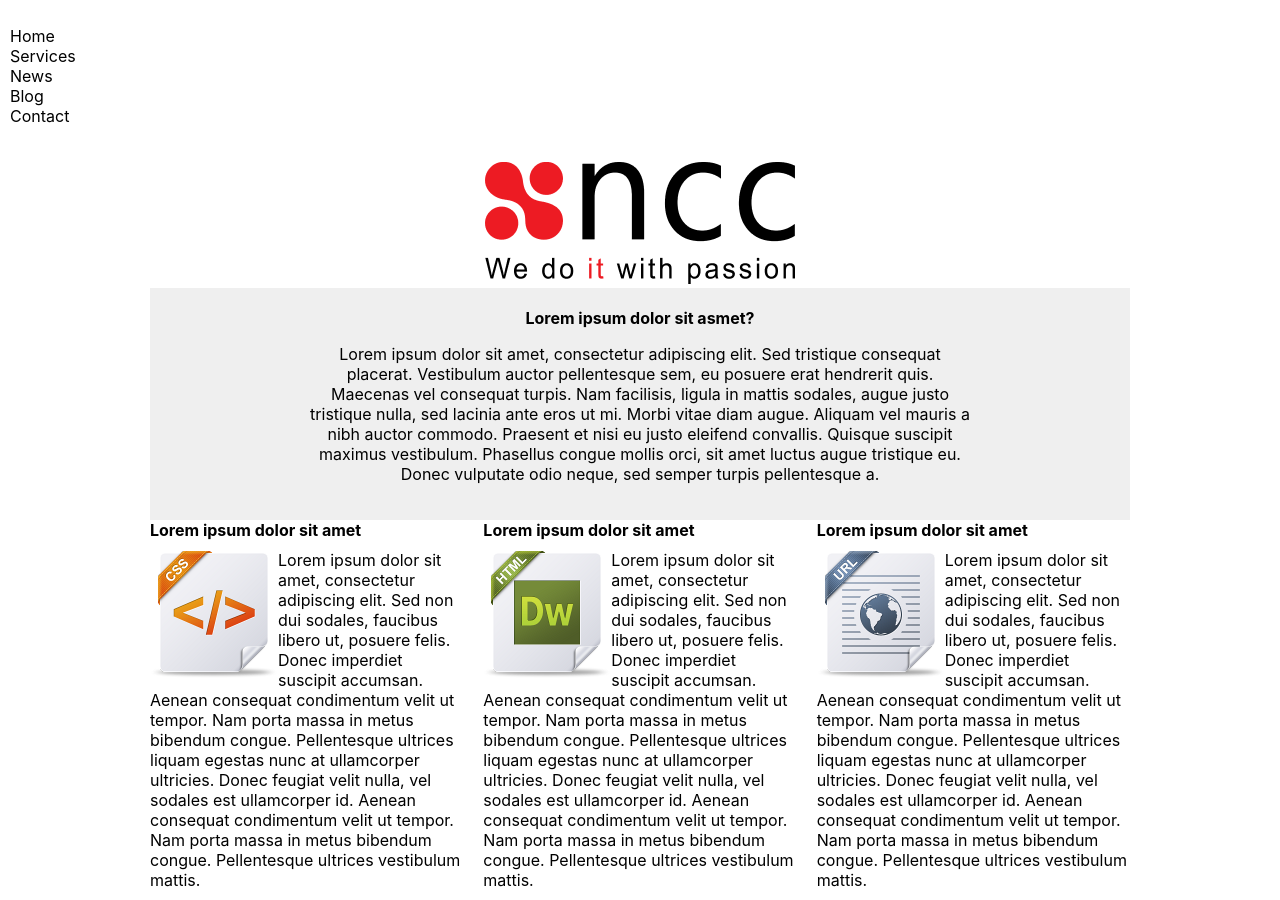
Repository: nganha241/testt
Page: /
The author's editor kept a copy of each file at every save. The page is drawn from the files as they stood at one save, then again after the next save.
The browser window is 1280 px wide. The pictures show the whole page.
The project was rebuilt for these pictures with package versions that can differ from the ones it lists, and the page was loaded fresh each time.

Above is the page before, as saved 2023-02-28 11:28:53.

### src/App.js
import React from "react";
import Home from "./pages/Home";
import Navbar from "./pages/Navbar/Navbar";

export const App = () => {
  return (
    <div>
      <Navbar />
      <Home />
    </div>
  );
};

export default App;

### src/pages/Home.jsx
import logo from "./logoNCC.png";
import "./home.css";
import Card from "./home-card/Card";
import htmlic from "./html-icon.png";
import urlic from "./url-icon.png";
import cssic from "./css-icon.png";
const Home = () => {
  return (
    <section className="home">
      <div className="home-title">
        <img src={logo} alt="" />
      </div>
      <div className="home-content">
        <div className="content-title">Lorem ipsum dolor sit asmet?</div>
        <p>
          Lorem ipsum dolor sit amet, consectetur adipiscing elit. Sed tristique
          consequat placerat. Vestibulum auctor pellentesque sem, eu posuere
          erat hendrerit quis. Maecenas vel consequat turpis. Nam facilisis,
          ligula in mattis sodales, augue justo tristique nulla, sed lacinia
          ante eros ut mi. Morbi vitae diam augue. Aliquam vel mauris a nibh
          auctor commodo. Praesent et nisi eu justo eleifend convallis. Quisque
          suscipit maximus vestibulum. Phasellus congue mollis orci, sit amet
          luctus augue tristique eu. Donec vulputate odio neque, sed semper
          turpis pellentesque a.
        </p>
      </div>
      <div className="home-card">
        <Card icon={cssic} />
        <Card icon={htmlic} />
        <Card icon={urlic} />
      </div>
    </section>
  );
};

export default Home;

### src/pages/Navbar/Navbar.jsx
import React from "react";
import "./Navbar.css";

const Navbar = () => {
  return (
    <div className="nav">
      <ul className="nav-content">
        <li>Home</li>
        <li>Services</li>
        <li>News</li>
        <li>Blog</li>
        <li>Contact</li>
      </ul>
    </div>
  );
};

export default Navbar;

### src/pages/home.css
.home {
  margin: 0 auto;
  padding: 10px 150px;
}
.home-title {
  text-align: center;
}
.home-content {
  text-align: center;
  background: #efefef;
  padding: 20px 160px;
  font-size: 16px;
}
.content-title {
  font-weight: bold;
}
.home-card {
  display: flex;
  gap: 20px;
}

### src/pages/home-card/Card.jsx
import React from "react";

import "./Card.css";

const Card = (props) => {
  const { icon } = props;
  return (
    <div className="card">
      <div className="card-title">Lorem ipsum dolor sit amet</div>
      <div className="card-content">
        <img src={icon} alt="" />
        <span className="card-text">
          Lorem ipsum dolor sit amet, consectetur adipiscing elit. Sed non dui
          sodales, faucibus libero ut, posuere felis. Donec imperdiet suscipit
          accumsan. Aenean consequat condimentum velit ut tempor. Nam porta
          massa in metus bibendum congue. Pellentesque ultrices liquam egestas
          nunc at ullamcorper ultricies. Donec feugiat velit nulla, vel sodales
          est ullamcorper id. Aenean consequat condimentum velit ut tempor. Nam
          porta massa in metus bibendum congue. Pellentesque ultrices vestibulum
          mattis.
        </span>
      </div>
    </div>
  );
};

export default Card;

### src/pages/Navbar/Navbar.css
.nav-content {
  padding: 10px;
}
.nav-content li {
  list-style-type: none;
}

### src/pages/home-card/Card.css
.card-title {
  font-weight: bold;
  margin-bottom: 10px;
}
/* .card-content {
  display: flex;
} */
.card-content img {
  width: 128px;
  height: 128px;
  object-fit: cover;
  float: left;
}

.card-text {
  margin-top: 10px;
  text-align: left;
  font-size: 16px;
}

Loaded but not shown: public/index.html (common file); src/index.js (common file); src/index.css (common file)

After the next save:
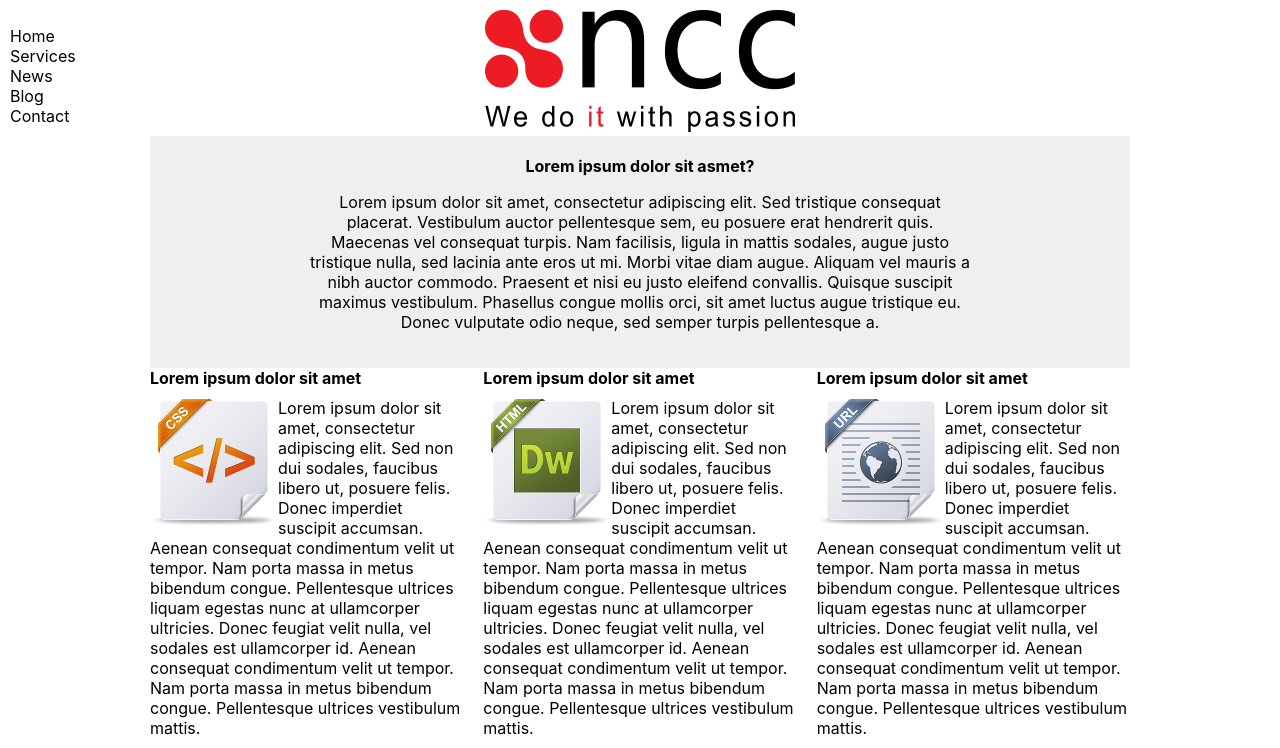
Saved 36 s later.
--- a/src/pages/Navbar/Navbar.css
+++ b/src/pages/Navbar/Navbar.css
@@ -1,3 +1,8 @@
+.nav {
+  position: fixed;
+  left: 0;
+  height: 100%;
+}
 .nav-content {
   padding: 10px;
 }
